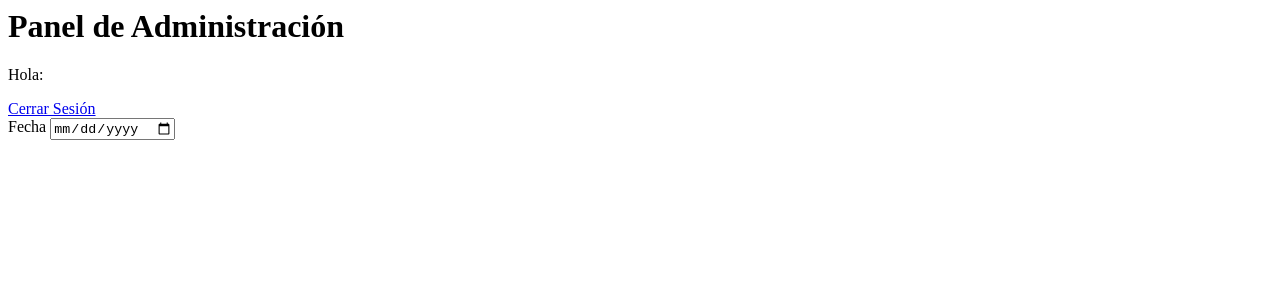
Repository: omoray99/appsalon-mvc-php
Page: http://localhost/confirmar-cuenta/views/admin/index.php
The author's editor kept a copy of each file at every save. The page is drawn from the files as they stood at one save, then again after the next save.
The browser window is 1280 px wide. The pictures show the whole page.
The page is run by PHP 8.4 with error messages shown; the project is at /var/www/html/.

Above is the page before, as saved 2024-10-31 11:10:45.

### views/admin/index.php
<h1 class="nombre-pagina"> Panel de Administración   </h1>

<?php include_once __DIR__ . '/../templates/barra.php';

?>

<div class="busqueda">
    <form class="formulario">
        <div class="campo">
            <label for="fecha">Fecha</label>
            <input type="date" id="fecha" name="fecha">
        </div>


    </form>
</div>

<div id="citas-admin" >

</div>

### views/templates/barra.php

<div class="barra">
    <p>Hola: <?php echo $nombre ?? '';  ?> </p>

    <a class="boton" href="/logout"> Cerrar Sesión</a>
</div>

After the next save:
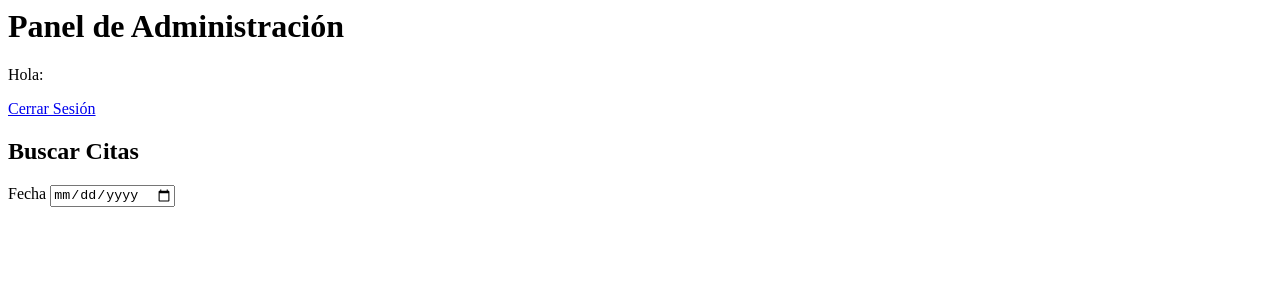
Saved 48 s later.
--- a/views/admin/index.php
+++ b/views/admin/index.php
@@ -4,6 +4,7 @@
 
 ?>
 
+<h2> Buscar Citas </h2>
 <div class="busqueda">
     <form class="formulario">
         <div class="campo">
